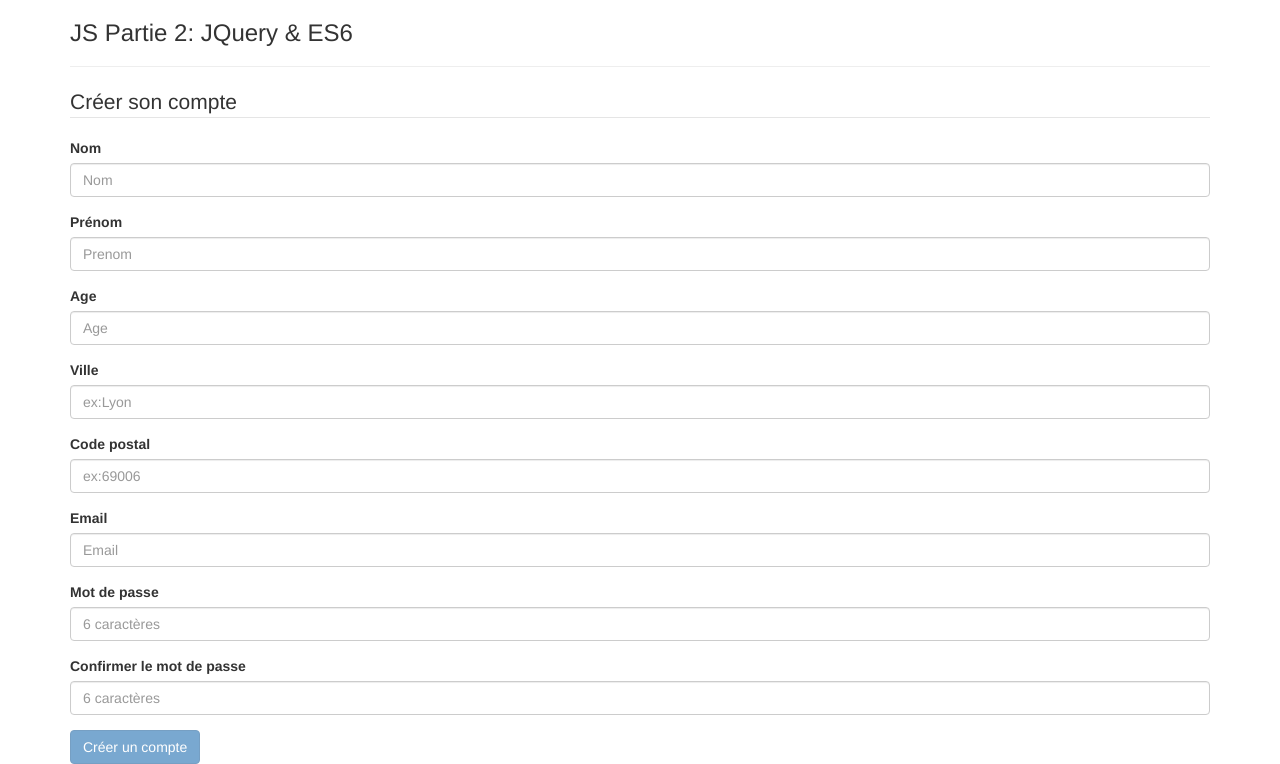
Repository: Symfomany/WildJQueryForm
Page: index.html
An editor plug-in stored every save of this project. The page is shown before and after the next save, followed by the edit.
The browser window is 1280 px wide. The pictures show the whole page.

Above is the page before, as saved 2017-03-06 06:58:18.

### index.html
<!DOCTYPE html>
<html lang="en">

<head>
    <title></title>
    <meta charset="UTF-8">
    <meta name="viewport" content="width=device-width, initial-scale=1">
    <!-- Latest compiled and minified CSS & JS -->
    <link rel="stylesheet" media="screen" href="http://netdna.bootstrapcdn.com/bootstrap/3.3.4/css/bootstrap.min.css">

</head>

<body>

    <div class="container">

        <h3>JS Partie 2: JQuery & ES6</h3>
        <hr />


        <form action="" method="POST" role="form">
            <legend>Créer son compte</legend>

            <div class="form-group">
                <label for="">Nom</label>
                <input type="text" class="form-control" id="nom" placeholder="Nom">
            </div>

            <div class="form-group">
                <label for="">Prénom</label>
                <input type="text" class="form-control" id="prenom" placeholder="Prenom">
            </div>

            <div class="form-group">
                <label for="">Age</label>
                <input type="text" class="form-control" id="age" placeholder="Age">
            </div>

            <div class="form-group">
                <label for="">Ville</label>
                <input type="text" class="form-control" id="ville" placeholder="ex:Lyon">
            </div>

            <div class="form-group">
                <label for="">Code postal</label>
                <input type="text" class="form-control" id="cp" placeholder="ex:69006">
            </div>

            <div class="form-group">
                <label for="">Email</label>
                <input type="email" class="form-control" id="email" placeholder="Email">
            </div>

            <div class="form-group">
                <label for="">Mot de passe</label>
                <input type="password" class="form-control" id="password" placeholder="6 caractères">
            </div>

            <div class="form-group">
                <label for="">Confirmer le mot de passe</label>
                <input type="password" class="form-control" id="password" placeholder="6 caractères">
            </div>

            <button disabled type="submit" class="btn btn-primary">Créer un compte</button>
        </form>


    </div>

    <script src="http://code.jquery.com/jquery.js"></script>
    <script src="http://netdna.bootstrapcdn.com/bootstrap/3.3.4/js/bootstrap.min.js"></script>

</body>

</html>

After the next save:
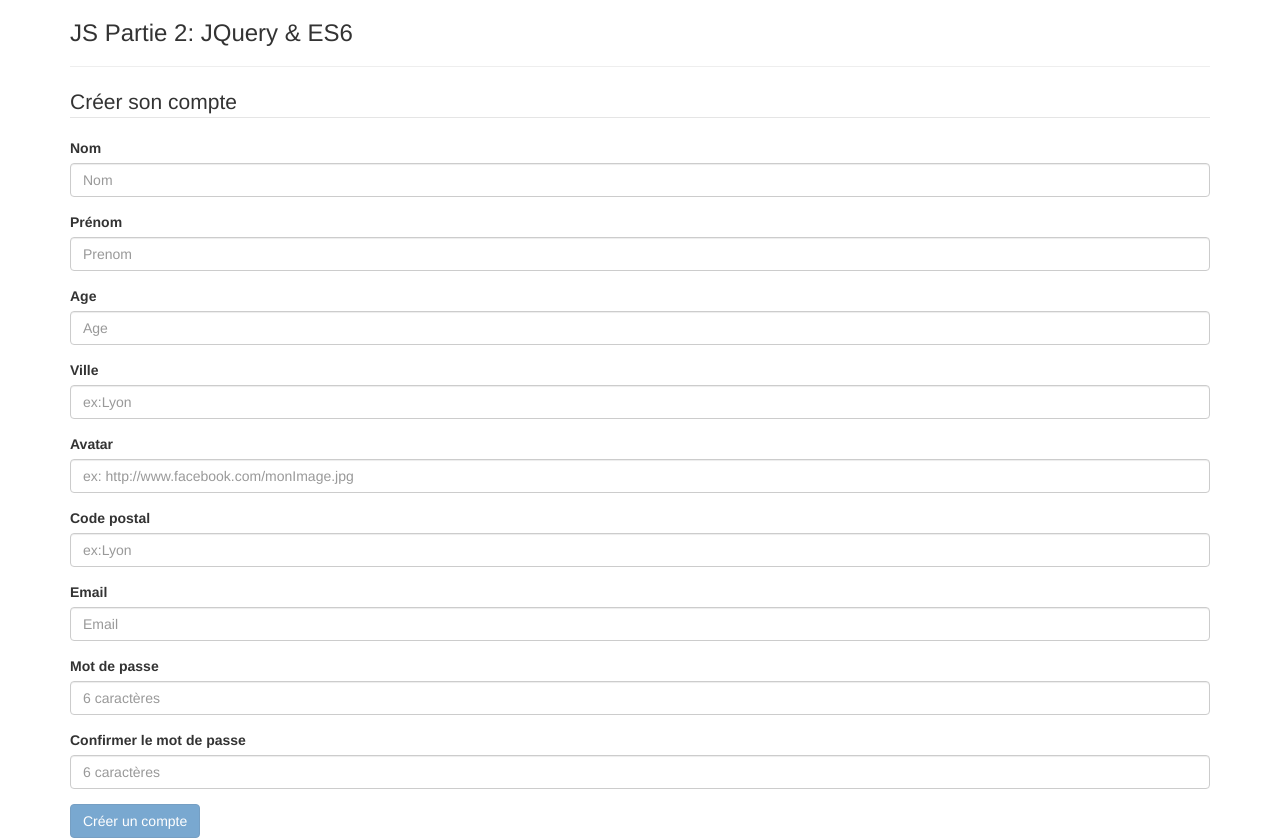
Saved 54 s later.
--- a/index.html
+++ b/index.html
@@ -40,10 +40,14 @@
                 <label for="">Ville</label>
                 <input type="text" class="form-control" id="ville" placeholder="ex:Lyon">
             </div>
+            <div class="form-group">
+                <label for="">Avatar</label>
+                <input type="url" class="form-control" id="avatar" placeholder="ex: http://www.facebook.com/monImage.jpg">
+            </div>
 
             <div class="form-group">
                 <label for="">Code postal</label>
-                <input type="text" class="form-control" id="cp" placeholder="ex:69006">
+                <input type="text" class="form-control" id="cp" placeholder="ex:Lyon">
             </div>
 
             <div class="form-group">
